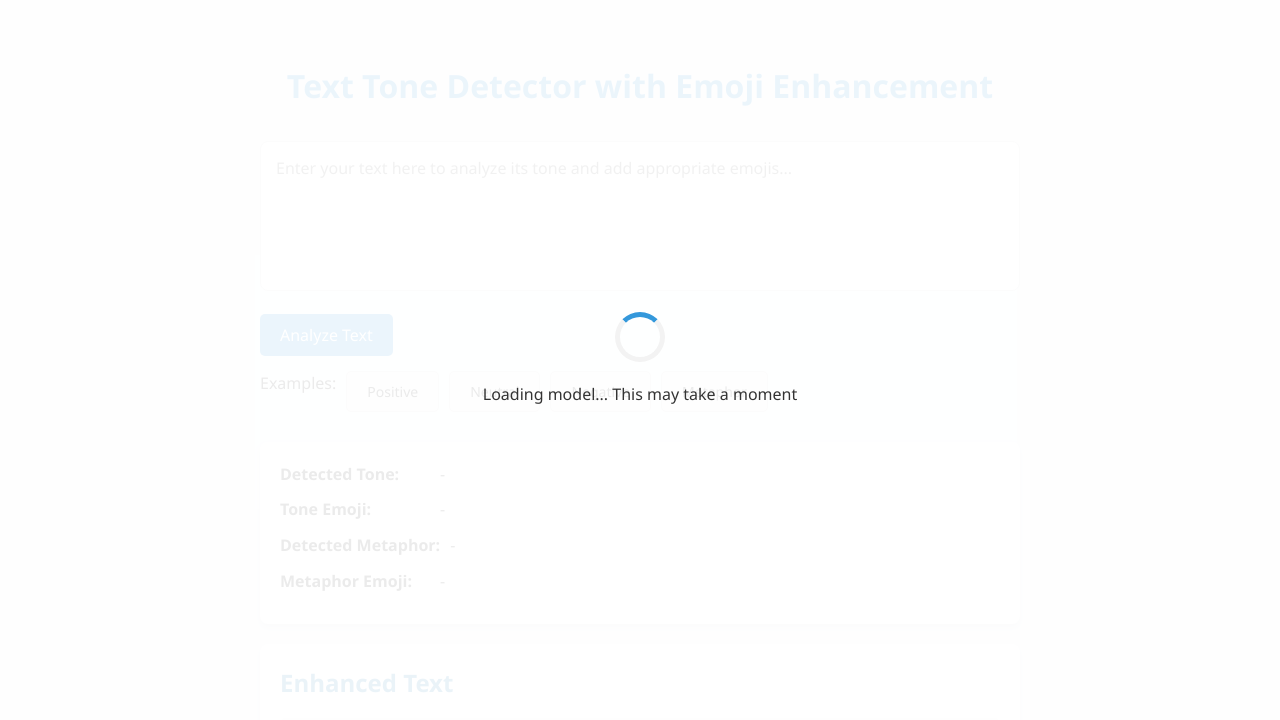
Repository: Teycir/emojiadder
Page: index.html
The author's editor kept a copy of each file at every save. The page is drawn from the files as they stood at one save, then again after the next save.
The browser window is 1280 px wide. The pictures show the window.
A layer covers the whole window, so only the first screen is drawn.

Above is the page before, as saved 2025-03-23 11:27:25.

After the next save:
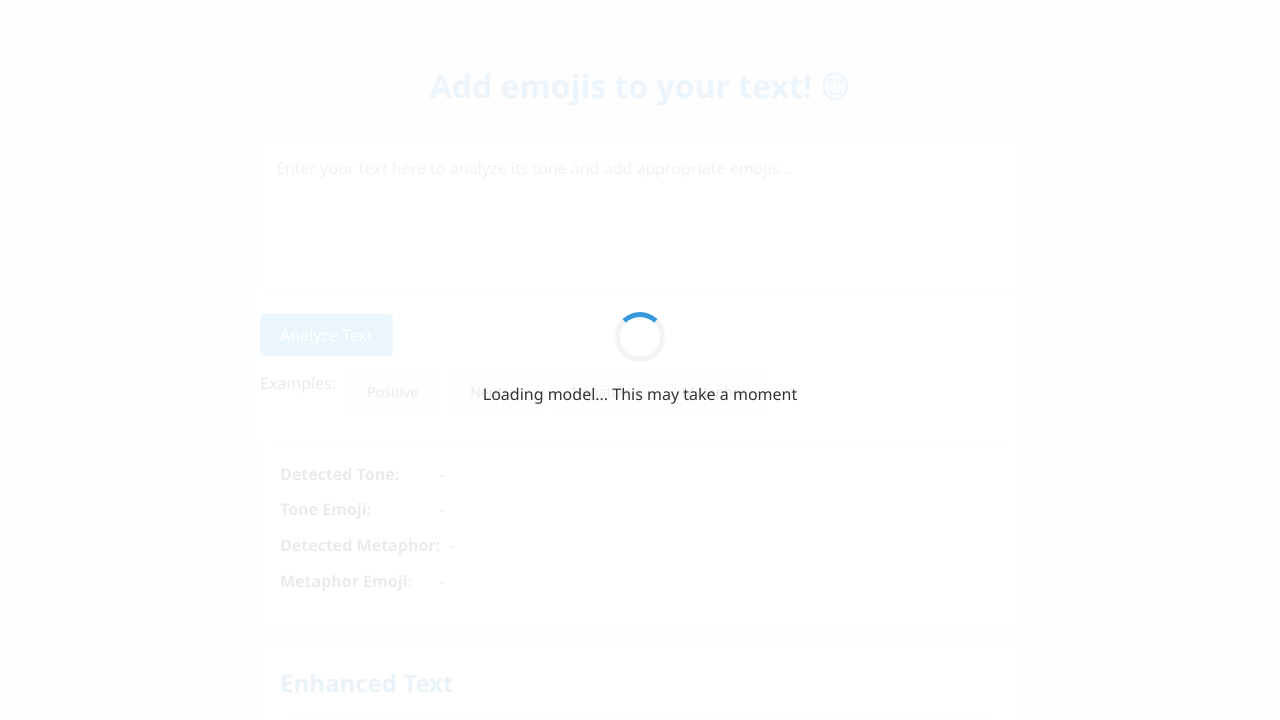
Saved 8 min 0 s later.
--- a/index.html
+++ b/index.html
@@ -8,7 +8,7 @@
 </head>
 <body>
     <div class="container">
-        <h1>Text Tone Detector with Emoji Enhancement</h1>
+        <h1>Add emojis to your text! 😊</h1>
         <div class="input-section">
             <textarea id="text-input" placeholder="Enter your text here to analyze its tone and add appropriate emojis..."></textarea>
             <button id="analyze-btn">Analyze Text</button>
